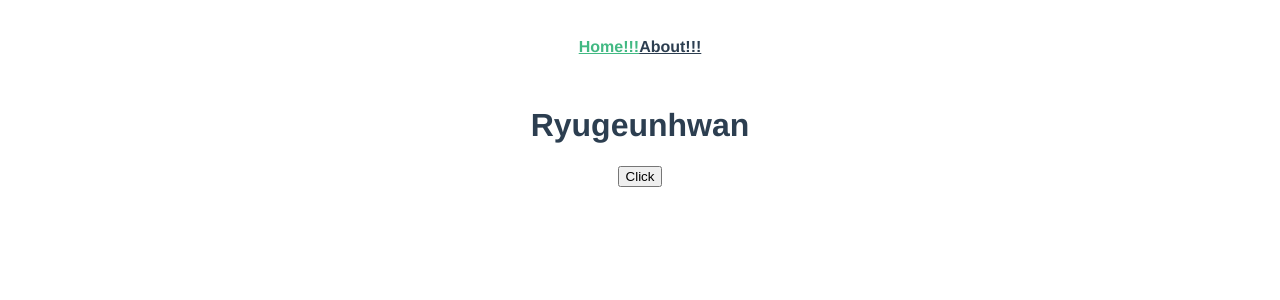
Repository: RyuGeunHwan/code_J
Page: / (app in vue-router/)
The author's editor kept a copy of each file at every save. The page is drawn from the files as they stood at one save, then again after the next save.
The browser window is 1280 px wide. The pictures show the whole page.
The project was rebuilt for these pictures with package versions that can differ from the ones it lists, and the page was loaded fresh each time.

Above is the page before, as saved 2022-08-22 08:01:24.

### vue-router/src/main.js
import Vue from 'vue'
import App from './App.vue'
import router from './router'
import store from './store'

Vue.config.productionTip = false


//Vue 인스턴스 생성
new Vue({
  router,
  store,
  render: h => h(App)
}).$mount('#app')

### vue-router/src/App.vue
<template>
  <div id="app">
    <div id="nav">
      <!-- 라우터로 설정한 경로는 /router/index.js페이지에서 확인할 수 있다. -->
      <!-- 라우터를 사용해서 페이지 이동을 하려면 router-link 태그를 사용하여 to="" 속성으로 경로(index.js에서 설정한 경로)를 입력해서 페이지 이동 -->
      <!-- a태그보다 router-link태그를 선호한다. => a태그 : 리로드 O <-> router-link : 리로드 X-->
      <router-link to="/">Home!!!</router-link>
      <router-link to="/about">About!!!</router-link>
    </div>
    <router-view/><!-- 라우터 사용 설정 -->
  </div>
</template>

<style>
#app {
  font-family: Avenir, Helvetica, Arial, sans-serif;
  -webkit-font-smoothing: antialiased;
  -moz-osx-font-smoothing: grayscale;
  text-align: center;
  color: #2c3e50;
}

#nav {
  padding: 30px;
}

#nav a {
  font-weight: bold;
  color: #2c3e50;
}

#nav a.router-link-exact-active {
  color: #42b983;
}
</style>

### vue-router/src/router/index.js
import Vue from 'vue'
import VueRouter from 'vue-router'
import Home from '../views/Home.vue'

// VueRouter를 사용한다고 설정
Vue.use(VueRouter)


//Router 설정 start
const routes = [
  {
    //path : 브라우저에서 URL에 들어가는 경로 ex) http://localhost:8080/
    path: '/',
    name: 'Home',
    // component : import한 component를 사용할 수 있게끔 넣어주는것.
    component: Home
  },
  {
    //path : 브라우저에서 URL에 들어가는 경로 ex) http://localhost:8080/about
    path: '/about',
    name: 'About',
    // route level code-splitting
    // this generates a separate chunk (about.[hash].js) for this route
    // which is lazy-loaded when the route is visited.

    // 전역으로 import하지 않고 About.vue를 불러옴과 동시에 component를 넣었다.
    component: () => import(/* webpackChunkName: "about" */ '../views/About.vue')
  }
]

const router = new VueRouter({
  mode: 'history',
  base: process.env.BASE_URL,
  routes
})

export default router

### vue-router/src/views/Home.vue
<template>
  <div class="about">
    <h1>{{fullName}}</h1>
    <button @click="changeName">Click</button>
  </div>
</template>

<script>
export default {
  name : 'App',
  data(){
    return{
      firstName : 'Ryu',
      lastName : 'geunhwan',
    };
  },
  methods : {
    changeName(){
      this.fullName = "nin ano";
    }
  },
  computed:{
    fullName: {
        get:function(){
          console.log('3번');
          return this.firstName+''+this.lastName;
        },
        set: function(newValue){
          alert('Setting new name: ' + newValue);
          var name = newValue.split(' '); //eslint-disable-line no-unused-vars
          this.firstName = name[0];
          this.lastName = name[1];
        }
      }
    }
  }
</script>

### vue-router/src/components/KossieCoder.vue
<template>
    <div>
        <p>{{  name  }}</p>
        <button @click="updateName">Change Name</button>
    </div>
</template>

<script>
export default {
    data(){
        return{
            name : 'Kossie Coder'
        }
    },
    methods: {
        updateName(){
            this.name = 'Kossie Coder Updated'
        }
    }

}
</script>

<style scoped>

</style>

Loaded but not shown: vue-router/public/index.html (common file); vue-router/src/store/index.js (common file)

After the next save:
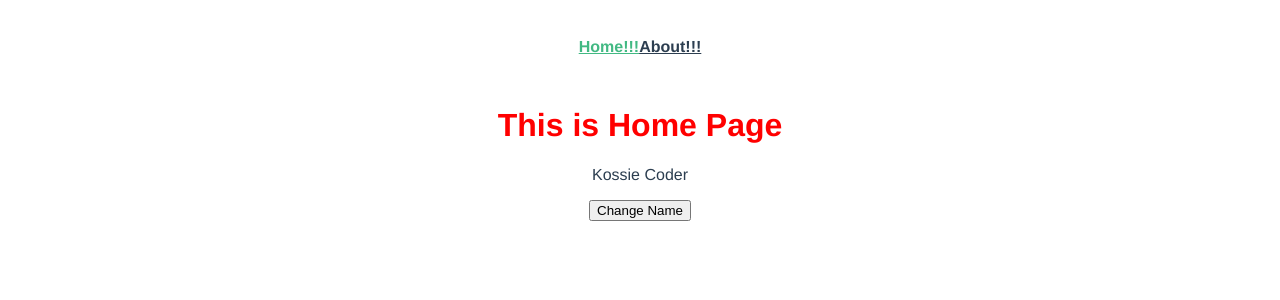
Saved 2 min 26 s later.
--- a/vue-router/src/views/Home.vue
+++ b/vue-router/src/views/Home.vue
@@ -1,37 +1,29 @@
+<!-- template태그 : HTML이 들어가는 구역  -->
 <template>
-  <div class="about">
-    <h1>{{fullName}}</h1>
-    <button @click="changeName">Click</button>
+  <div>
+    <h1>This is Home Page</h1>
+    <KossieCoder/>
   </div>
 </template>
 
+<!-- script태그 : 옵션,데이터,computed,watch 등이 들어가는 구역 -->
 <script>
+import KossieCoder from '@/components/KossieCoder.vue';
+
+
 export default {
-  name : 'App',
-  data(){
-    return{
-      firstName : 'Ryu',
-      lastName : 'geunhwan',
-    };
-  },
-  methods : {
-    changeName(){
-      this.fullName = "nin ano";
-    }
-  },
-  computed:{
-    fullName: {
-        get:function(){
-          console.log('3번');
-          return this.firstName+''+this.lastName;
-        },
-        set: function(newValue){
-          alert('Setting new name: ' + newValue);
-          var name = newValue.split(' '); //eslint-disable-line no-unused-vars
-          this.firstName = name[0];
-          this.lastName = name[1];
-        }
-      }
-    }
+  components: {
+    // import한 컴포넌트를 사용하겠다는 설정
+    KossieCoder
   }
+}
 </script>
+
+
+<!-- style : CSS코드 -->
+<!-- scoped를 넣어줘야 위에보이는 template의 html태그에 적용이 된다. scoped를 않넣으면 vue어플리케이션 전체에 적용이 된다.-->
+<style scoped>
+h1{
+  color : red
+}
+</style>
